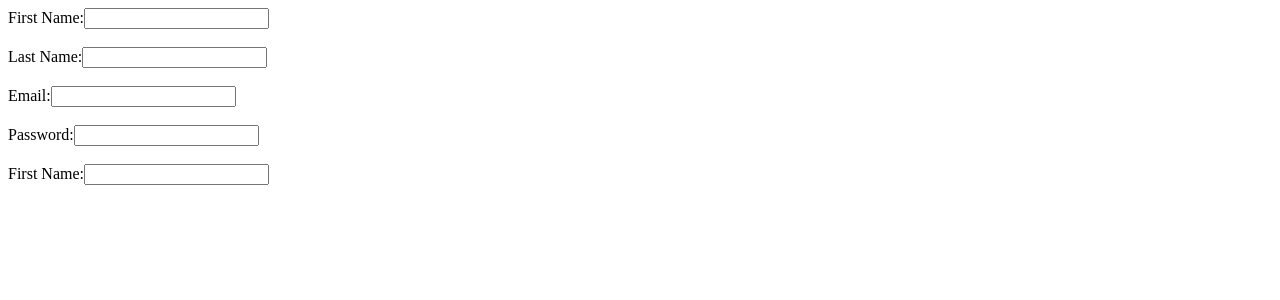
Repository: Shraddha-Khilari/Advance-JAVA
Page: http://localhost/movie-review-mvc/newuser.jsp
These files come from the project's save history. The page is drawn as it stood at one moment and after the next save; the edit follows.
The browser window is 1280 px wide. The pictures show the whole page.
The page is served by Tomcat 9. Other server files are loaded and not shown.

Above is the page before, as saved 2023-11-29 09:32:39.

### Day11/movie-review-mvc/src/main/webapp/newuser.jsp
<%@ page language="java" contentType="text/html; charset=UTF-8"
    pageEncoding="UTF-8"%>
<!DOCTYPE html>
<html>
<head>
<meta charset="UTF-8">
<title>New user</title>
</head>
<body>
<form method ="post" action="/saveuser">
First Name:<input type="text" name="firstname"/><br><br>
Last Name:<input type="text" name="lastname"/><br><br>
Email:<input type="text" name="email"/><br><br>
Password:<input type="text" name="password"/><br><br>
First Name:<input type="text" name="firstname"/><br><br>



</form>
</body>
</html>

After the next save:
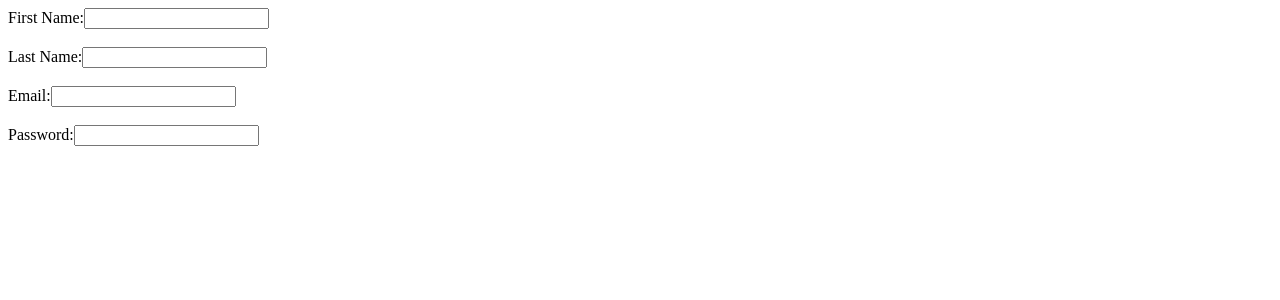
Saved 11 s later.
--- a/Day11/movie-review-mvc/src/main/webapp/newuser.jsp
+++ b/Day11/movie-review-mvc/src/main/webapp/newuser.jsp
@@ -12,7 +12,7 @@
 Last Name:<input type="text" name="lastname"/><br><br>
 Email:<input type="text" name="email"/><br><br>
 Password:<input type="text" name="password"/><br><br>
-First Name:<input type="text" name="firstname"/><br><br>
+
 
 
 
